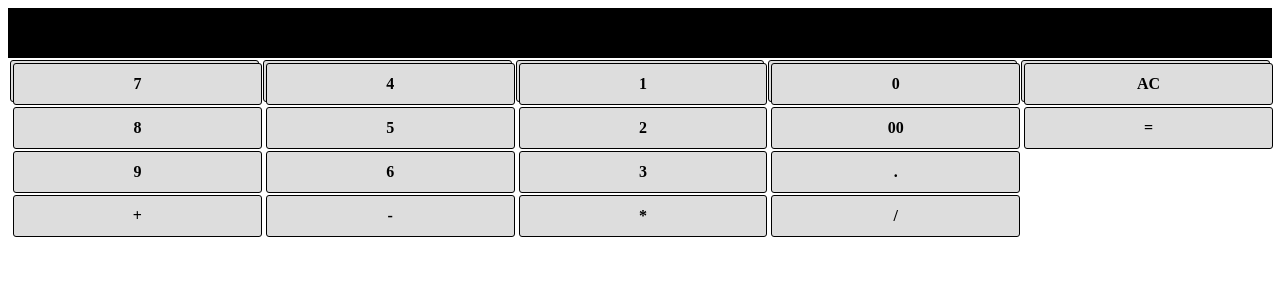
Repository: masa-rock/kadai_jquery_2
Page: index.html
The author's editor kept a record of every edit. The page is drawn from the files as they stood at one moment, then again after the next edit.
The browser window is 1280 px wide. The pictures show the whole page.
Some web libraries are served in a nearby version.

Above is the page before.

### index.html
    <!DOCTYPE html>
    <html lang="en">
      <head>
        <meta charset="utf-8">
        <script src="https://code.jquery.com/jquery-3.2.1.js" integrity="sha256-DZAnKJ/6XZ9si04Hgrsxu/8s717jcIzLy3oi35EouyE=" crossorigin="anonymous"></script>
        <link rel="stylesheet" href="style.css">
        <title>電卓</title>
      </head>

      <body>
        <div class="calculator_display"></div>
        <div class="calculator_command">
          <div class="calculator_command_1">
            <div class="com_7">7</div>
            <div class="com_8">8</div>
            <div class="com_9">9</div>
            <div class="com_addition">+</div>
          </div>
          <div class="calculator_command_2">
            <div class="com_4">4</div>
            <div class="com_5">5</div>
            <div class="com_6">6</div>
            <div class="com_subtraction">-</div>
          </div>
          <div class="calculator_command_3">
            <div class="com_1">1</div>
            <div class="com_2">2</div>
            <div class="com_3">3</div>
            <div class="com_multiply">*</div>
          </div>
          <div class="calculator_command_3">
            <div class="com_0">0</div>
            <div class="com_00">00</div>
            <div class="com_decimal_point">.</div>
            <div class="com_division">/</div>
          </div>
          <div class="calculator_command_4">
            <div class="com_ac">AC</div>
            <div class="com_equal">=</div>
          </div>


        </div>


        <script src="main.js"></script>
      </body>
    </html>

### style.css
.calculator{
  width:500px;
}

.calculator_display{
  width:100%;
  height: 50px;
  line-height: 50px;
  font-size:24px;
  background-color: #000;
  text-align: right;
  color:#fff;
}

.calculator_command{
  display: flex;
  justify-content:space-between;
}

.calculator_command div{
  width: 100%;
  height:40px;
  line-height: 40px;
  margin:2px;
  font-weight: bold;
  background-color:#ddd;
  border:solid 1px #000;
  border-radius: 3px;
  text-align: center;

}

### main.js
$(document).ready(function(){

  let push_num = [];
  let result ="";
  let num_1 = "";
  var num_top="";


  $('.com').on('click',function(){
    push_num.push($(this).text());
    num_1 = push_num.join('');
    num_top = push_num[0];
    if (num_top == 0 || num_top == 00){
      $(".calculator_display").text(0);
    }else{
      $(".calculator_display").text(num_1);
    }
  });

  // 四則演算ボタン操作


  // ACボタン操作
  $('.com_ac').on('click',function(){
    push_num = [];
    num_1 = "";
    $(".calculator_display").text(0);
  });

  // equalボタン操作
  $('.com_equal').on('click',function() {
      result = eval(num_1);
      $(".calculator_display").text(result);
  });
});


// ○+△-□ができるようにする
// ++,*-など連続がないようにする。

After the next edit:
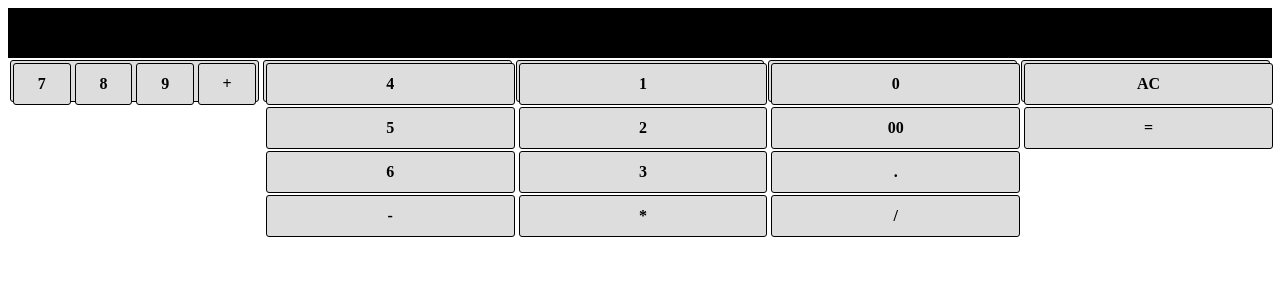
The edit:
--- a/index.html
+++ b/index.html
@@ -10,7 +10,7 @@
       <body>
         <div class="calculator_display"></div>
         <div class="calculator_command">
-          <div class="calculator_command_1">
+          <div class="calculator_command">
             <div class="com_7">7</div>
             <div class="com_8">8</div>
             <div class="com_9">9</div>
